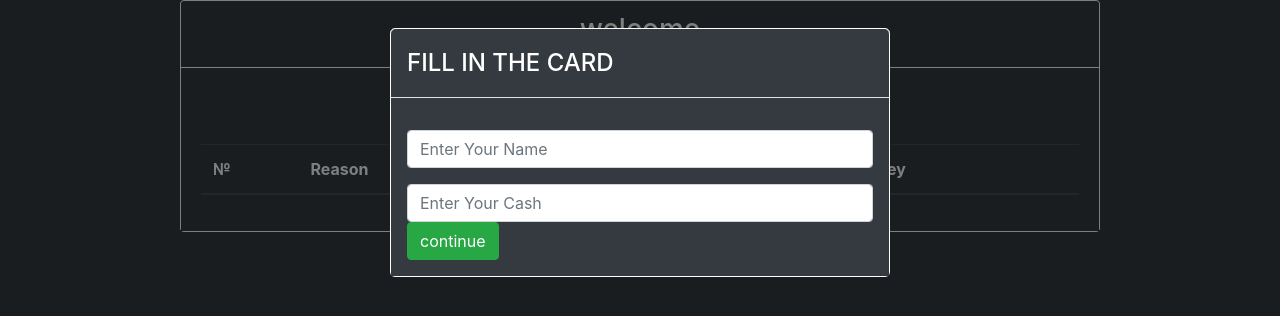
Repository: surefaceJS/allMyWorkInaliLinux
Page: hardcha/index.html
An editor plug-in stored every save of this project. The page is shown before and after a run of saves, followed by the edit.
The browser window is 1280 px wide. The pictures show the whole page.

Above is the page before, as saved 2021-04-19 12:34:46.

After the next 2 saves:
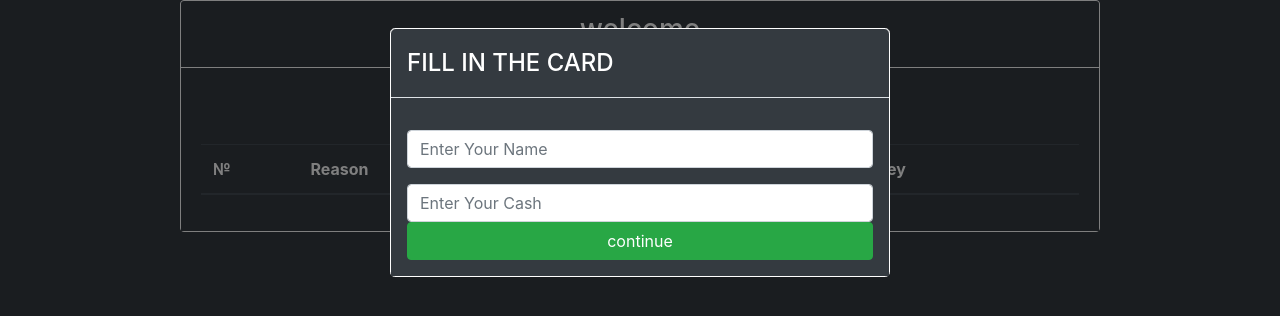
The 2 saves are shown as one change because they came seconds apart.
The last was saved 7 s later.
--- a/hardcha/index.html
+++ b/hardcha/index.html
@@ -33,7 +33,7 @@
                     <div class="modal-body bg-dark">
                         <input type="text" class="form-control mt-3" id="userName" placeholder="Enter Your Name">
                         <input type="number" class="form-control mt-3" id="userMoney" placeholder="Enter Your Cash">
-                        <button class="btn btn-success ">continue</button>
+                        <button class="btn btn-success w-100">continue</button>
                     </div>
 
                 </div>
